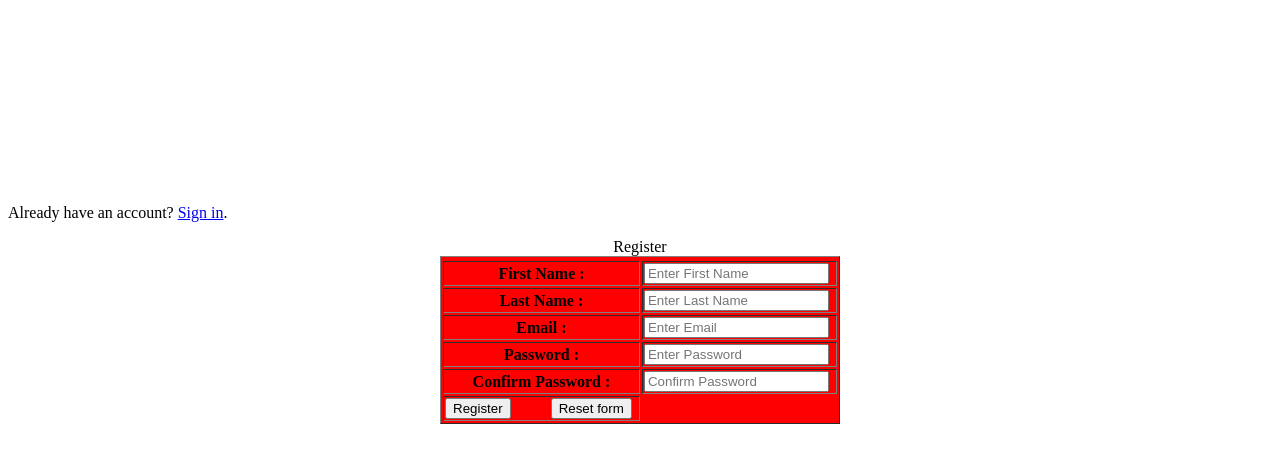
Repository: 1919satya/Mode2
Page: sample/sample/WebContent/sample.html
The author's editor kept a copy of each file at every save. The page is drawn from the files as they stood at one save, then again after the next save.
The browser window is 1280 px wide. The pictures show the whole page.

Above is the page before, as saved 2019-10-09 10:21:51.

After the next save:
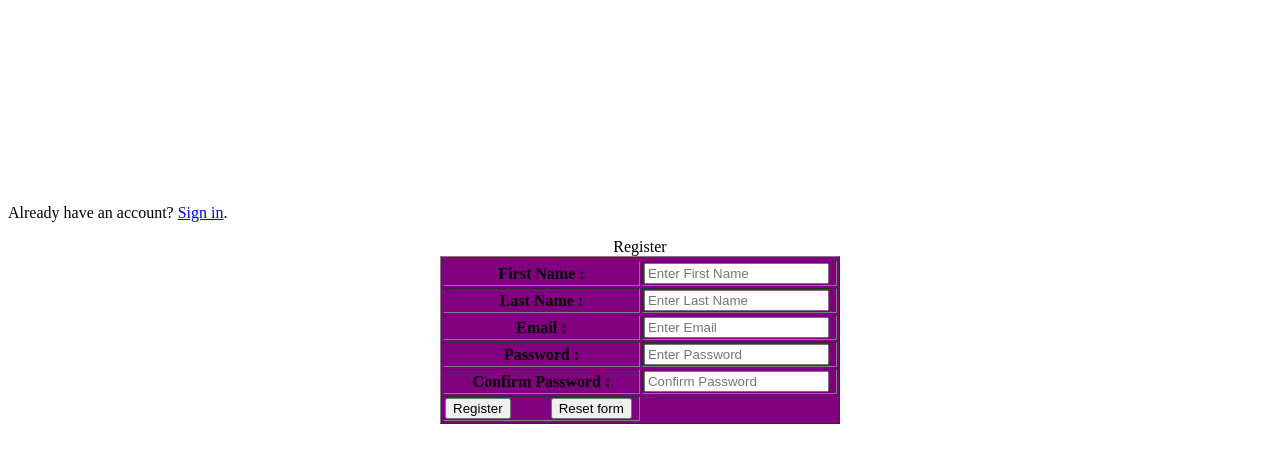
Saved 13 s later.
--- a/sample/sample/WebContent/sample.html
+++ b/sample/sample/WebContent/sample.html
@@ -8,7 +8,7 @@
 
 <form >
 <div class="container">
-<table border="1" align="center" width="400" bgcolor="red" >
+<table border="1" align="center" width="400" bgcolor="purple" >
 
   <tr>
     <caption>Register</caption>
